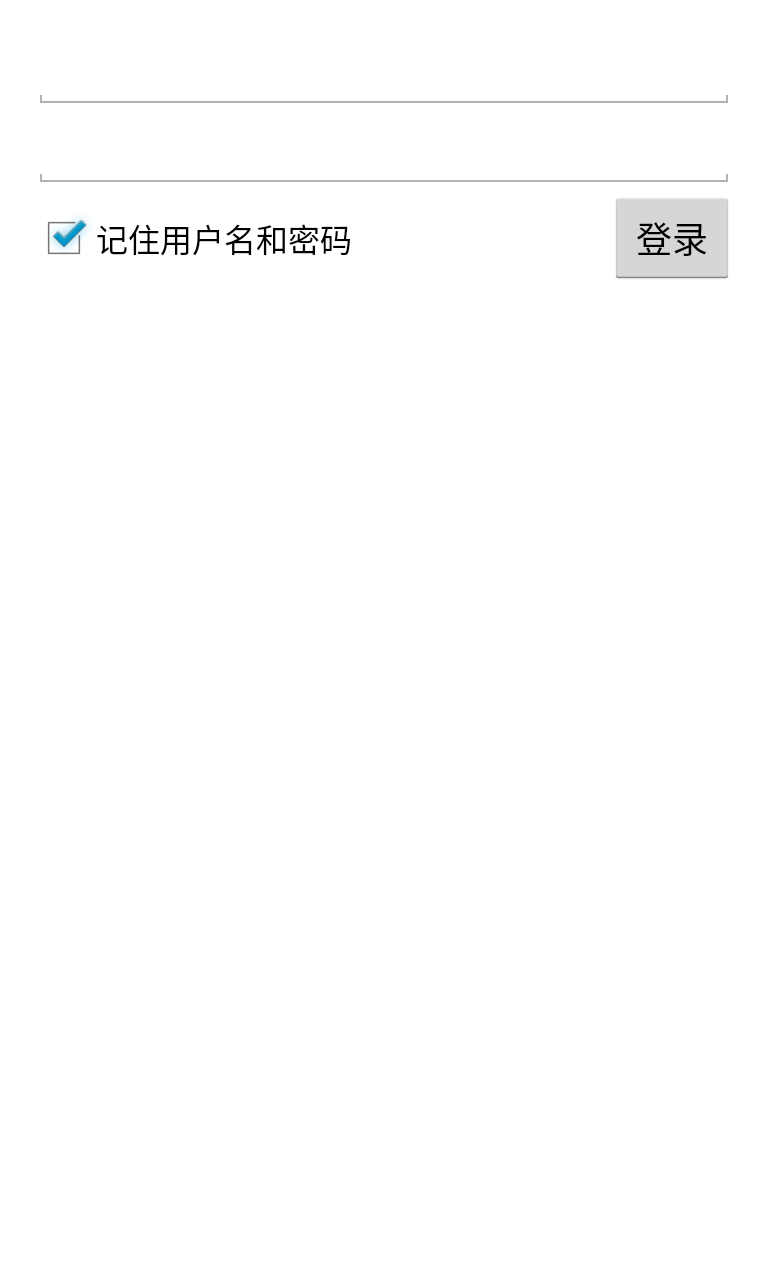
Repository: Finalowee/androidworkspace
Layout: login/res/layout/activity_main.xml
The author's editor kept a copy of each file at every save. The layout is drawn from the files as they stood at one save, then again after the next save.
It is drawn on a 768 x 1280 px phone screen (xhdpi) without system bars, with theme AppTheme; the app's code is not run.

Above is the layout before, as saved 2015-10-19 02:33:29.

After the next save:
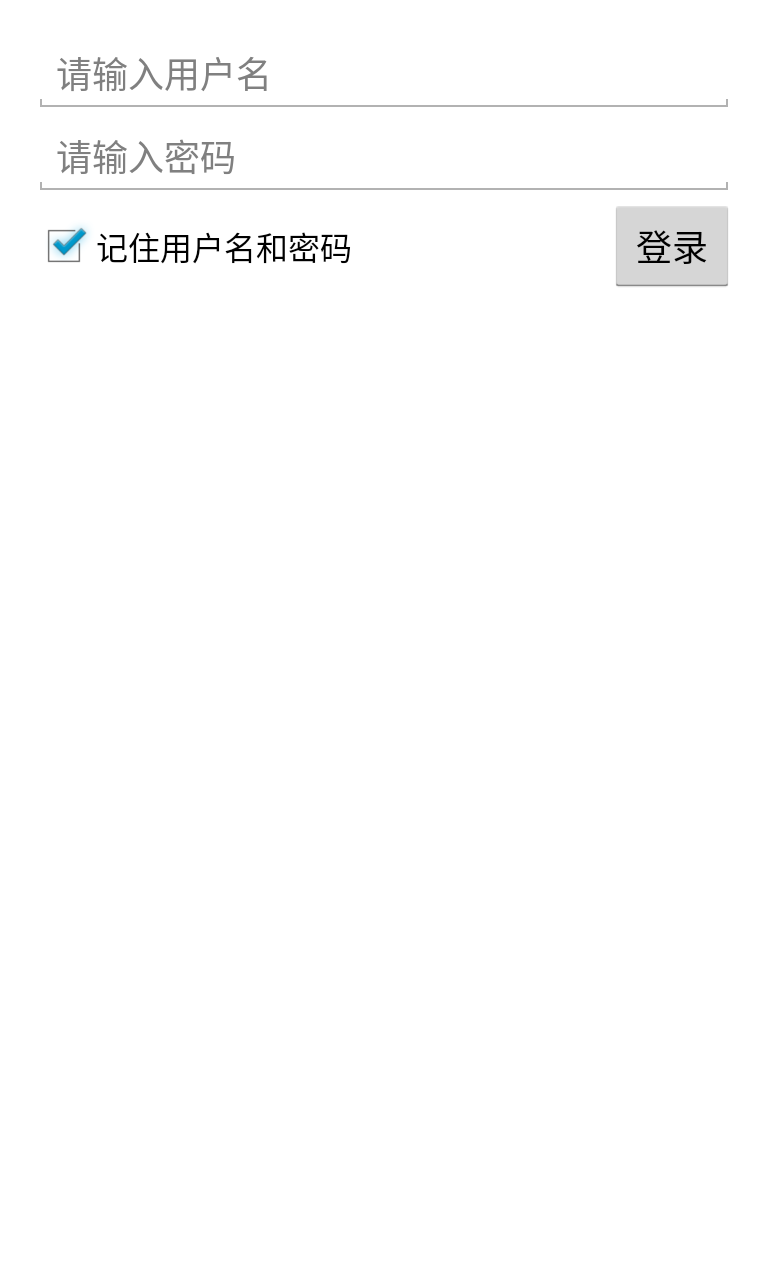
Saved 42 s later.
--- a/login/res/layout/activity_main.xml
+++ b/login/res/layout/activity_main.xml
@@ -12,12 +12,14 @@
     <EditText
         android:id="@+id/et_name"
         android:layout_width="match_parent"
-        android:layout_height="wrap_content"/>
+        android:layout_height="wrap_content"
+        android:hint="请输入用户名"/>
 
     <EditText
         android:id="@+id/et_passwd"
         android:layout_width="match_parent"
-        android:layout_height="wrap_content"/>
+        android:layout_height="wrap_content"
+        android:hint="请输入密码"/>
     <RelativeLayout
         android:layout_width="match_parent"
         android:layout_height="wrap_content"
